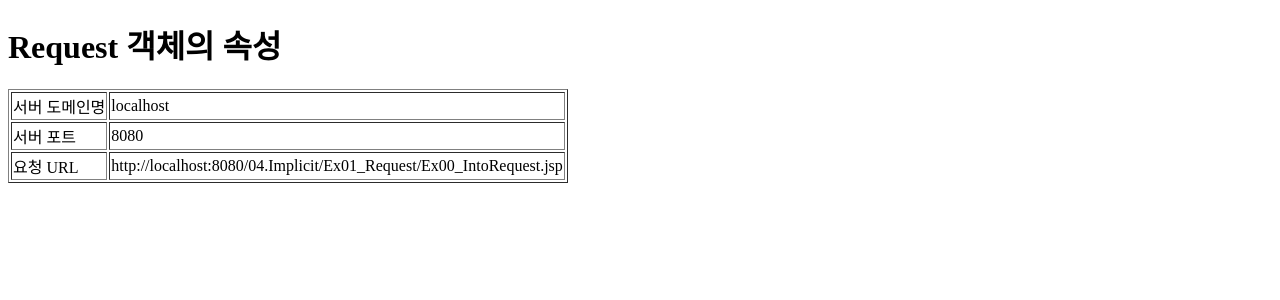
Repository: kvmhyvmvn/Study_JspServlet
Page: http://localhost/04.Implicit/Ex01_Request/Ex00_IntoRequest.jsp
The author's editor kept a copy of each file at every save. The page is drawn from the files as they stood at one save, then again after the next save.
The browser window is 1280 px wide. The pictures show the whole page.
The page is served by Tomcat 9.

Above is the page before, as saved 2023-05-22 01:38:47.

After the next save:
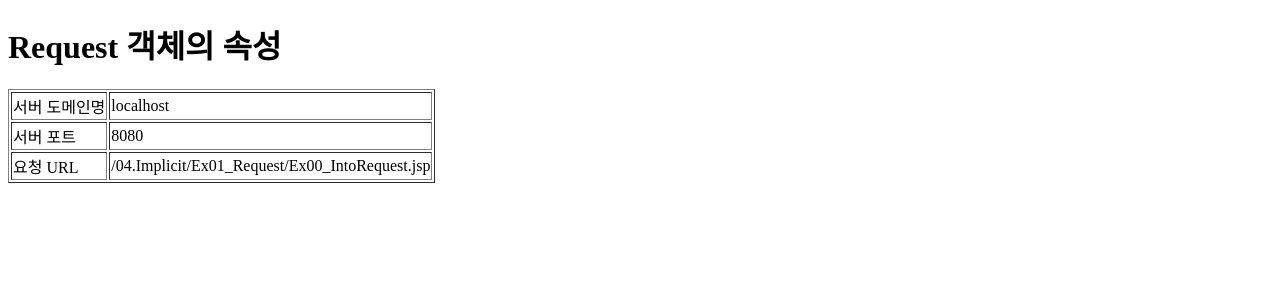
Saved 17 s later.
--- a/WorkSpace/04.Implicit/src/main/webapp/Ex01_Request/Ex00_IntoRequest.jsp
+++ b/WorkSpace/04.Implicit/src/main/webapp/Ex01_Request/Ex00_IntoRequest.jsp
@@ -19,7 +19,7 @@
 		</tr>
 		<tr>
 			<td> 요청 URL </td>
-			<td> <%=request.getRequestURL() %></td>
+			<td> <%=request.getRequestURI() %></td>
 		</tr>
 	</table>
 </body>

After the save that followed:
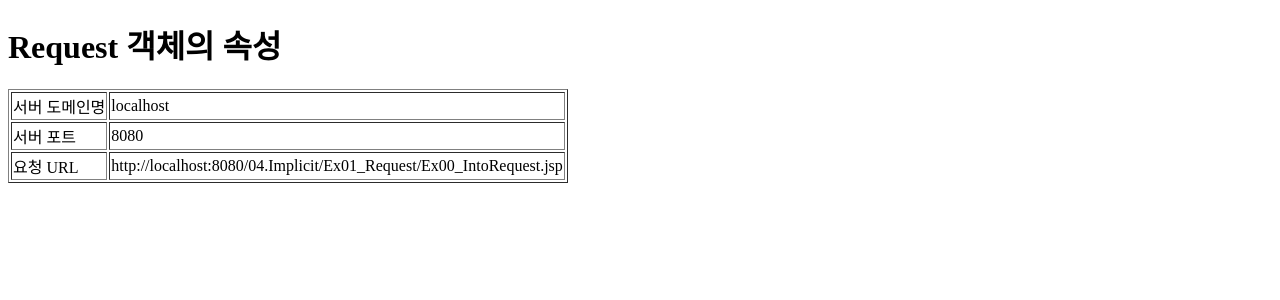
Saved 10 s later.
--- a/WorkSpace/04.Implicit/src/main/webapp/Ex01_Request/Ex00_IntoRequest.jsp
+++ b/WorkSpace/04.Implicit/src/main/webapp/Ex01_Request/Ex00_IntoRequest.jsp
@@ -19,7 +19,7 @@
 		</tr>
 		<tr>
 			<td> 요청 URL </td>
-			<td> <%=request.getRequestURI() %></td>
+			<td> <%=request.getRequestURL() %></td>
 		</tr>
 	</table>
 </body>
